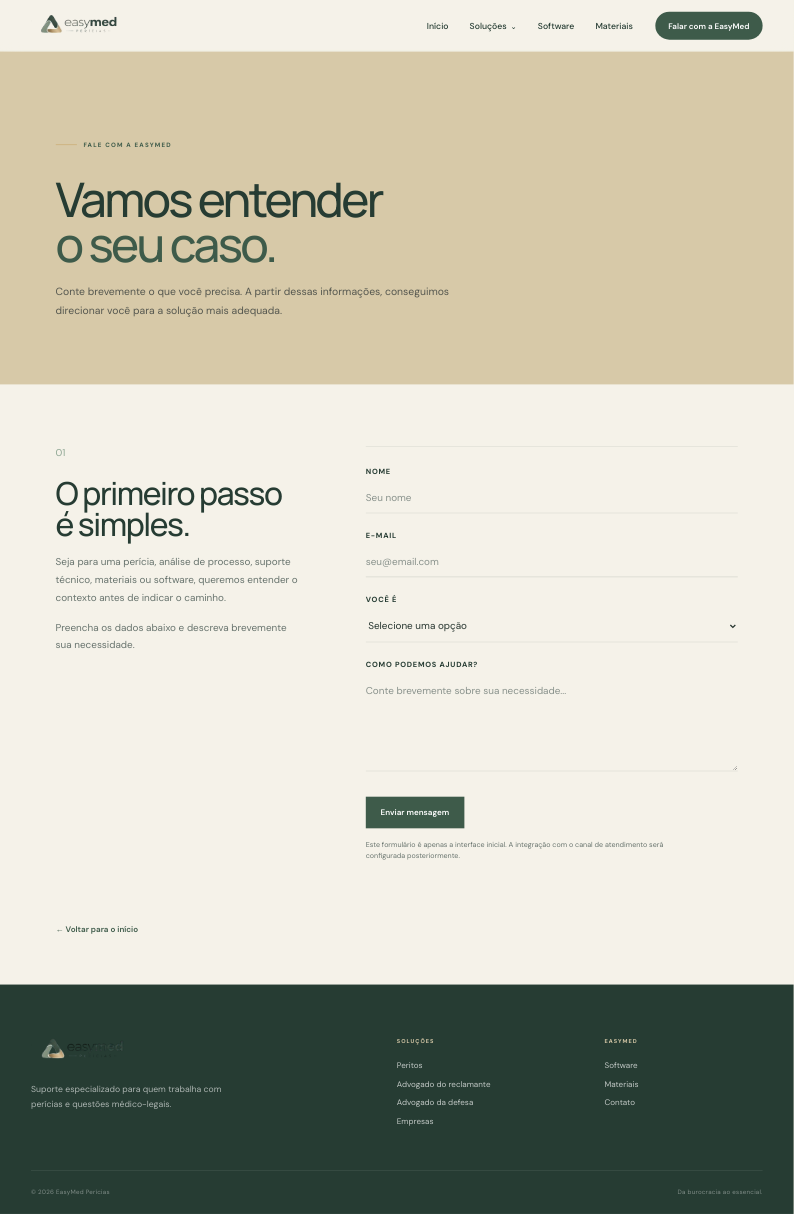
Repository: RenSkywalker/easymed
Page: /contato
These files come from the project's save history. The page is drawn as it stood at one moment and after the next save; the edit follows.
The browser window is 1280 px wide. The pictures show the whole page, at 62% of full size.
The page's requests for data from a server got no answer. The project was rebuilt for these pictures with package versions that can differ from the ones it lists, and the page was loaded fresh each time. The framework's server and built-in components were replaced by stand-ins that run in the browser. No one was signed in, and anything a server would have sent is missing.

Above is the page before, as saved 2026-09-11 19:26:20.

### src/app/layout.tsx
import type { Metadata } from "next";
import "./globals.css";

const siteUrl = process.env.NEXT_PUBLIC_SITE_URL;

export const metadata: Metadata = {
  title: {
    default: "EasyMed Perícias | Suporte especializado para peritos",
    template: "%s | EasyMed Perícias",
  },

  description:
    "A EasyMed Perícias oferece suporte especializado para peritos, com serviços de cadastro em varas, pré-laudos, esclarecimentos e gestão de agenda.",

  keywords: [
    "EasyMed Perícias",
    "perícias",
    "suporte para peritos",
    "serviços para peritos",
    "cadastro em varas",
    "pré-laudos",
    "gestão de agenda para peritos",
  ],

  applicationName: "EasyMed Perícias",

  authors: [
    {
      name: "EasyMed Perícias",
    },
  ],

  creator: "EasyMed Perícias",
  publisher: "EasyMed Perícias",

  metadataBase: siteUrl ? new URL(siteUrl) : undefined,

  alternates: {
    canonical: "/",
  },

  openGraph: {
    type: "website",
    locale: "pt_BR",
    siteName: "EasyMed Perícias",
    title: "EasyMed Perícias | Suporte especializado para peritos",
    description:
      "Suporte especializado para peritos, da burocracia ao essencial.",
    images: [
      {
        url: "/logo.png",
        width: 1200,
        height: 630,
        alt: "EasyMed Perícias",
      },
    ],
  },

  twitter: {
    card: "summary_large_image",
    title: "EasyMed Perícias | Suporte especializado para peritos",
    description:
      "Suporte especializado para peritos, da burocracia ao essencial.",
    images: ["/logo.png"],
  },

  robots: {
    index: true,
    follow: true,
    googleBot: {
      index: true,
      follow: true,
      "max-image-preview": "large",
      "max-snippet": -1,
      "max-video-preview": -1,
    },
  },

  icons: {
    icon: "/logo.png",
  },
};

const organizationSchema = {
  "@context": "https://schema.org",
  "@type": "Organization",
  "@id": "#organization",
  name: "EasyMed Perícias",
  alternateName: "EasyMed",
  description:
    "Empresa especializada em suporte para profissionais que atuam com perícias.",
  logo: {
    "@type": "ImageObject",
    url: "/logo.png",
  },
  knowsAbout: [
    "Perícias",
    "Suporte para peritos",
    "Cadastro em varas",
    "Pré-laudos",
    "Esclarecimentos",
    "Gestão de agenda",
  ],
};

const websiteSchema = {
  "@context": "https://schema.org",
  "@type": "WebSite",
  "@id": "#website",
  name: "EasyMed Perícias",
  description:
    "Suporte especializado para profissionais que atuam com perícias.",
  publisher: {
    "@id": "#organization",
  },
  inLanguage: "pt-BR",
};

export default function RootLayout({
  children,
}: Readonly<{
  children: React.ReactNode;
}>) {
  return (
    <html lang="pt-BR">
      <head>
        <script
          type="application/ld+json"
          dangerouslySetInnerHTML={{
            __html: JSON.stringify(organizationSchema),
          }}
        />

        <script
          type="application/ld+json"
          dangerouslySetInnerHTML={{
            __html: JSON.stringify(websiteSchema),
          }}
        />
      </head>

      <body>{children}</body>
    </html>
  );
}

### src/app/contato/page.tsx
import Link from "next/link";
import Header from "@/components/Header";
import Footer from "@/components/Footer";

export default function ContatoPage() {
  return (
    <>
      <Header />

      <main className="contact-page">
        <section className="contact-hero">
          <div>
            <span className="eyebrow">FALE COM A EASYMED</span>

            <h1>
              Vamos entender
              <em> o seu caso.</em>
            </h1>

            <p>
              Conte brevemente o que você precisa. A partir dessas informações,
              conseguimos direcionar você para a solução mais adequada.
            </p>
          </div>
        </section>

        <section className="contact-content">

          <div className="contact-intro">
            <span className="section-number">01</span>

            <h2>
              O primeiro passo é simples.
            </h2>

            <p>
              Seja para uma perícia, análise de processo, suporte técnico,
              materiais ou software, queremos entender o contexto antes de
              indicar o caminho.
            </p>

            <p>
              Preencha os dados abaixo e descreva brevemente sua necessidade.
            </p>
          </div>

          <form className="contact-form">

            <div className="form-field">
              <label htmlFor="name">Nome</label>

              <input
                id="name"
                name="name"
                type="text"
                placeholder="Seu nome"
              />
            </div>

            <div className="form-field">
              <label htmlFor="email">E-mail</label>

              <input
                id="email"
                name="email"
                type="email"
                placeholder="seu@email.com"
              />
            </div>

            <div className="form-field">
              <label htmlFor="profile">Você é</label>

              <select
                id="profile"
                name="profile"
                defaultValue=""
              >
                <option value="" disabled>
                  Selecione uma opção
                </option>

                <option value="perito">
                  Perito
                </option>

                <option value="advogado-autor">
                  Advogado do reclamante
                </option>

                <option value="advogado-defesa">
                  Advogado da defesa
                </option>

                <option value="empresa">
                  Empresa
                </option>

                <option value="outro">
                  Outro
                </option>
              </select>
            </div>

            <div className="form-field">
              <label htmlFor="message">
                Como podemos ajudar?
              </label>

              <textarea
                id="message"
                name="message"
                rows={6}
                placeholder="Conte brevemente sobre sua necessidade..."
              />
            </div>

            <button
              type="submit"
              className="btn-primary"
            >
              Enviar mensagem
            </button>

            <small>
              Este formulário é apenas a interface inicial. A integração com
              o canal de atendimento será configurada posteriormente.
            </small>

          </form>

        </section>

        <section className="contact-back">
          <Link href="/" className="btn-text">
            ← Voltar para o início
          </Link>
        </section>
      </main>

      <Footer />
    </>
  );
}

### src/components/Header.tsx
"use client";

import Link from "next/link";
import { usePathname } from "next/navigation";

export default function Header() {
  const pathname = usePathname();

  const handleCurrentPageClick = (
    event: React.MouseEvent<HTMLAnchorElement>,
    href: string
  ) => {
    if (pathname === href) {
      event.preventDefault();

      window.scrollTo({
        top: 0,
        behavior: "smooth",
      });
    }
  };

  return (
    <header className="site-header">
      <div className="container header-inner">

        <Link
          href="/"
          className="brand"
          aria-label="EasyMed Perícias"
          onClick={(event) =>
            handleCurrentPageClick(event, "/")
          }
        >
          <img
            src="/logo.png"
            alt="EasyMed Perícias"
            className="brand-logo"
          />
        </Link>

        <nav className="main-nav">

          <Link
            href="/"
            onClick={(event) =>
              handleCurrentPageClick(event, "/")
            }
          >
            Início
          </Link>

          <div className="nav-dropdown">

            <button
              type="button"
              className="nav-dropdown-trigger"
            >
              Soluções <span>⌄</span>
            </button>

            <div className="nav-dropdown-menu">

              <Link
                href="/peritos"
                onClick={(event) =>
                  handleCurrentPageClick(event, "/peritos")
                }
              >
                <strong>Peritos</strong>
                <small>
                  Suporte e gestão da rotina pericial
                </small>
              </Link>

              <Link
                href="/advogados/autor"
                onClick={(event) =>
                  handleCurrentPageClick(event, "/advogados/autor")
                }
              >
                <strong>
                  Advogado do reclamante
                </strong>
                <small>
                  Análise técnica e suporte à perícia
                </small>
              </Link>

              <Link
                href="/advogados/defesa"
                onClick={(event) =>
                  handleCurrentPageClick(event, "/advogados/defesa")
                }
              >
                <strong>
                  Advogado da defesa
                </strong>
                <small>
                  Estratégia técnica para a defesa
                </small>
              </Link>

              <Link
                href="/empresas"
                onClick={(event) =>
                  handleCurrentPageClick(event, "/empresas")
                }
              >
                <strong>Empresas</strong>
                <small>
                  Prevenção e suporte em perícias
                </small>
              </Link>

            </div>
          </div>

          <Link
            href="/software"
            onClick={(event) =>
              handleCurrentPageClick(event, "/software")
            }
          >
            Software
          </Link>

          <Link
            href="/materiais"
            onClick={(event) =>
              handleCurrentPageClick(event, "/materiais")
            }
          >
            Materiais
          </Link>

        </nav>

        <Link
          href="/contato"
          className="header-button"
          onClick={(event) =>
            handleCurrentPageClick(event, "/contato")
          }
        >
          Falar com a EasyMed
        </Link>

      </div>
    </header>
  );
}

### src/components/Footer.tsx
import Link from "next/link";

export default function Footer() {
  return (
    <footer className="site-footer">
      <div className="footer-main">

        <div className="footer-brand">
          <Link href="/" className="footer-logo">
            <img
              src="/logo.png"
              alt="EasyMed Perícias"
            />
          </Link>

          <p>
            Suporte especializado para quem trabalha
            com perícias e questões médico-legais.
          </p>
        </div>

        <div className="footer-column">
          <span className="footer-title">
            Soluções
          </span>

          <Link href="/peritos">
            Peritos
          </Link>

          <Link href="/advogados/autor">
            Advogado do reclamante
          </Link>

          <Link href="/advogados/defesa">
            Advogado da defesa
          </Link>

          <Link href="/empresas">
            Empresas
          </Link>
        </div>

        <div className="footer-column">
          <span className="footer-title">
            EasyMed
          </span>

          <Link href="/software">
            Software
          </Link>

          <Link href="/materiais">
            Materiais
          </Link>

          <Link href="/contato">
            Contato
          </Link>
        </div>

      </div>

      <div className="footer-bottom">
        <span>
          © {new Date().getFullYear()} EasyMed Perícias
        </span>

        <span>
          Da burocracia ao essencial.
        </span>
      </div>
    </footer>
  );
}

Loaded but not shown: src/app/globals.css (5467 lines, source omitted)

After the next save:
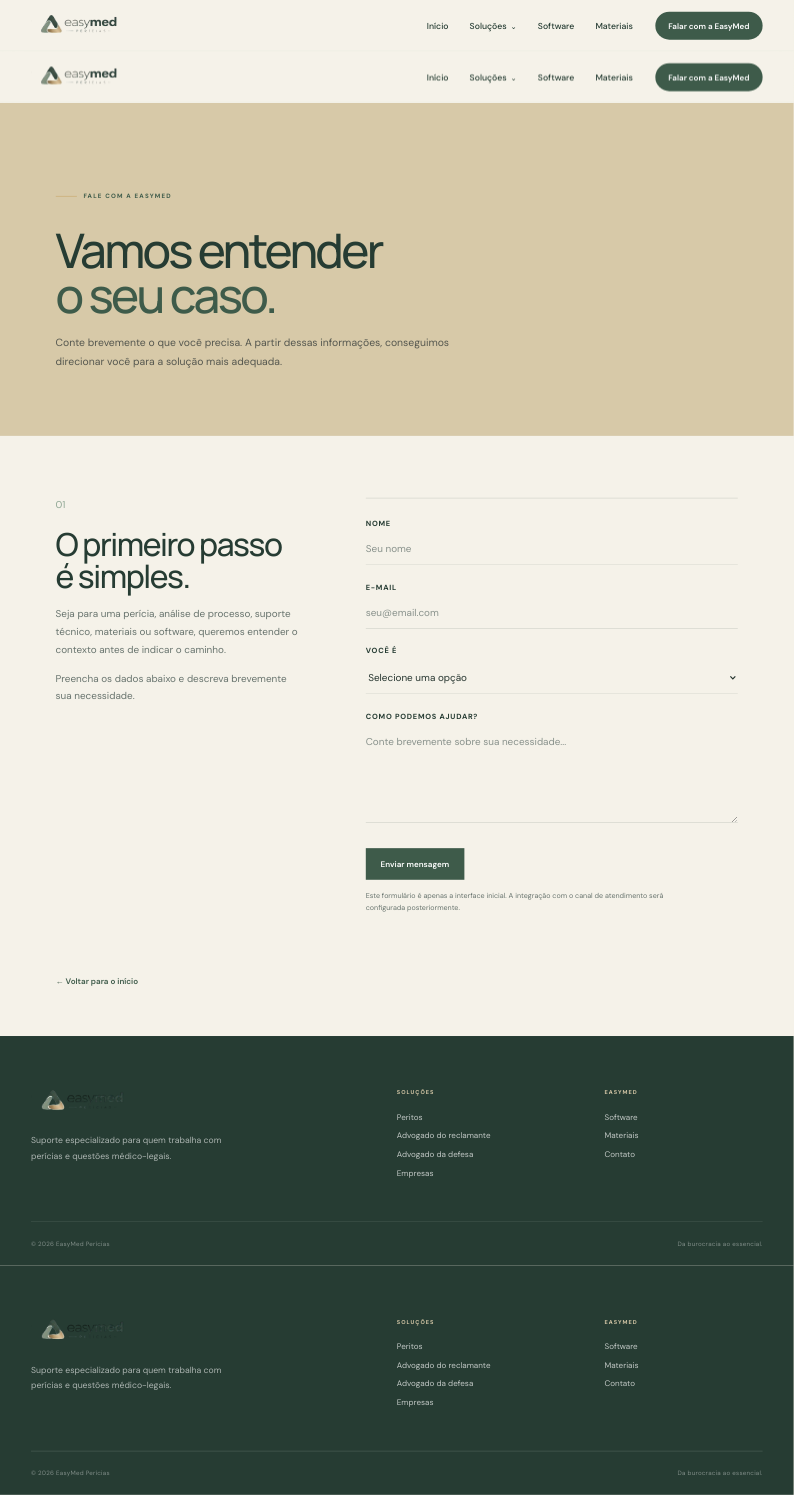
Saved 3 min 6 s later.
--- a/src/app/layout.tsx
+++ b/src/app/layout.tsx
@@ -1,3 +1,6 @@
+import Header from "@/components/Header";
+import Footer from "@/components/Footer";
+
 import type { Metadata } from "next";
 import "./globals.css";
 
@@ -139,7 +142,13 @@
         />
       </head>
 
-      <body>{children}</body>
+      <body>
+        <Header />
+
+        {children}
+
+        <Footer />
+      </body>
     </html>
   );
 }
